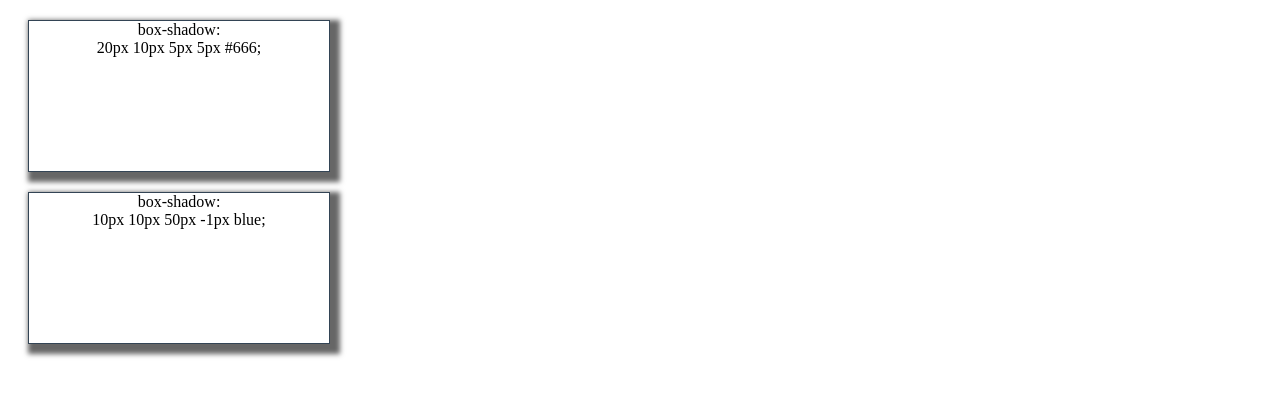
Repository: SeungjaeYu/webstudy
Page: webstudy/06_css/08_shadow/02_box-shadow.htm
An editor plug-in stored every save of this project. The page is shown before and after the next save, followed by the edit.
The browser window is 1280 px wide. The pictures show the whole page.

Above is the page before, as saved 2019-08-28 14:46:09.

After the next save:
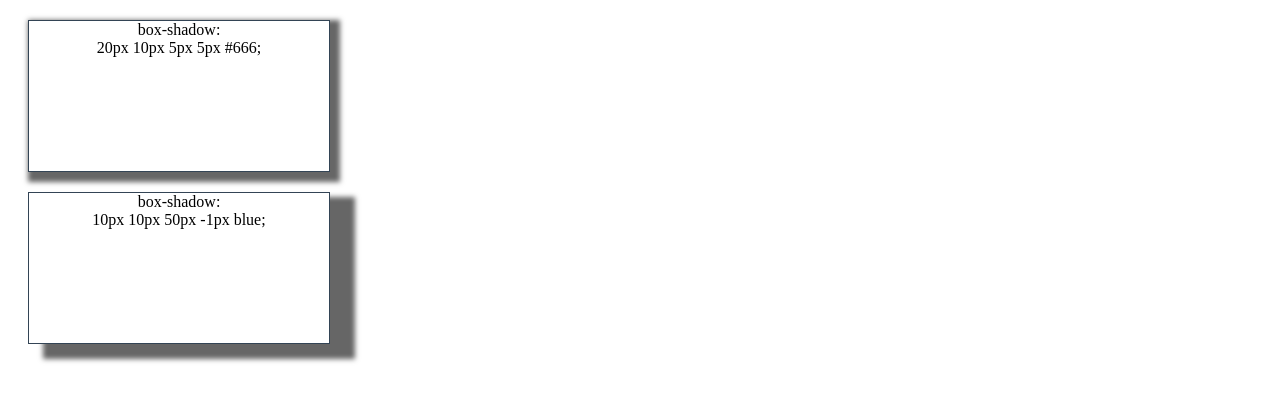
Saved 9 s later.
--- a/webstudy/06_css/08_shadow/02_box-shadow.htm
+++ b/webstudy/06_css/08_shadow/02_box-shadow.htm
@@ -36,7 +36,6 @@
     }
     .shadow2 {
         box-shadow: 20px 10px 5px 5px #666;
-        box-shadow: 5px 5px 5px 5px #666;
     }
 
 
